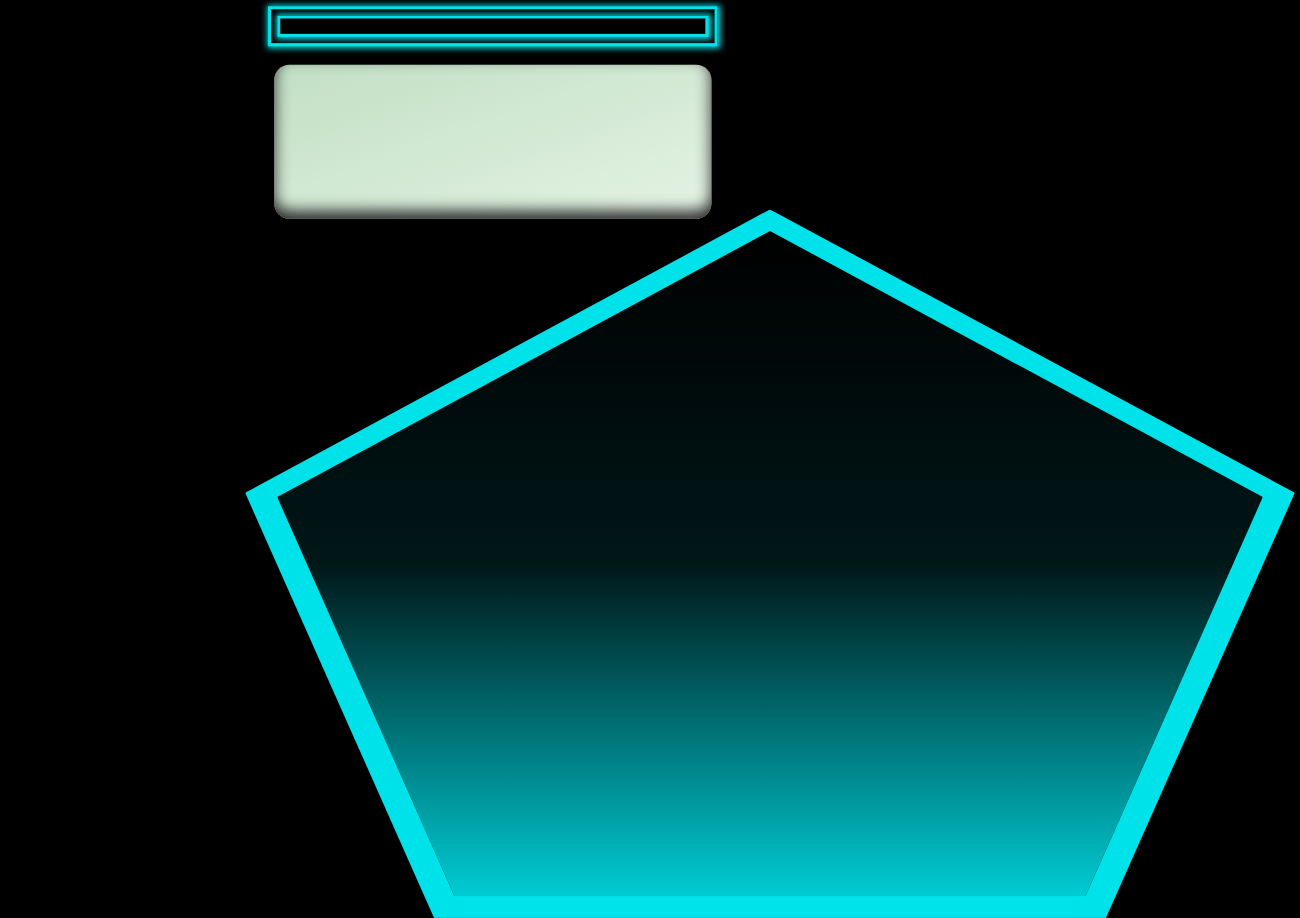
Repository: KhangNguyen3006/WebUI-UX
Page: /
The author's editor kept a copy of each file at every save. The page is drawn from the files as they stood at one save, then again after the next save.
The browser window is 1280 px wide. The page is 1682 px wide, then 1688 px, so the pictures cover 1688 px, including what lies to the right of the window. The pictures show the whole page, at 77% of full size.
The project was rebuilt for these pictures with package versions that can differ from the ones it lists, and the page was loaded fresh each time. Also part of the build but not shown: src/App.css.

Above is the page before, as saved 2023-05-04 02:36:52.

### src/index.js
import React from 'react';
import ReactDOM from 'react-dom';
import './index.css';
import App from './App';
import reportWebVitals from './reportWebVitals';
import 'bootstrap/dist/css/bootstrap.min.css';
import './assets/css/Custom.css';

const root = ReactDOM.createRoot(document.getElementById('root'));
root.render(
  <React.StrictMode>
    <App />
  </React.StrictMode>
);

// If you want to start measuring performance in your app, pass a function
// to log results (for example: reportWebVitals(console.log))
// or send to an analytics endpoint. Learn more: https://bit.ly/CRA-vitals
reportWebVitals();

### src/App.js

import './App.css';
import HomePage from './pages/HomePage';

function App() {
  return (
    <div>
      <HomePage />
    </div>
  );
}

export default App

### src/assets/css/Custom.css
@import url(Home.css);
@import url(Rectangle.css);
@import url(Rectangle-linear-gradient.css);
@import url(Pentagon.css);

body {
    margin: auto;
    padding: auto;
    background-color: #000;
}

* {
    box-sizing: border-box;
    width: auto;
    margin: auto;
    padding: 0;
}

### src/pages/HomePage.jsx
import React, { Component } from 'react'
import Home from '../components/home/Home'


class HomePage extends Component {
  render() {
    return (
      <div>
        <Home />
      </div>
    )
  }
}

export default HomePage

### src/assets/css/Home.css

.w-1200 {
    width: 1200px;
}

### src/assets/css/Rectangle.css
.rectangle {
    border: 4px solid #00E2EA;
    padding: 7px;
    box-shadow: 2px 1px 8px 3px #00E2EA;
}

.rectangle-mini {
    border: 4px solid #00E2EA;
    padding: 10px;
    box-shadow: 2px 1px 8px 3px #00E2EA;
}

### src/assets/css/Rectangle-linear-gradient.css
/* --------------------------------------------------------------------------- */

.rectangle-linear-gradient {
    height: 200px;
    border-radius: 20px;
    box-shadow: 0px -10px 20px rgba(41, 41, 41, 1) inset;
    background-image: linear-gradient(to bottom right, #C1DFC4, #E5F3E4);
}

### src/assets/css/Pentagon.css
.pentagon-main {
    /* position: relative; */
    display: flex;
    flex-direction: column;
    width: 344px;
    max-height: 290px;
    margin: 0 20px 130px;
}

.pentagon-main::before,
.pentagon-main::after {
    content: '';
}

.pentagon-main::before,
.pentagon-main::after {
    position: absolute;
    min-width: 100%;
    min-height: 120%;
    clip-path: polygon(50% 0%, 100% 40%, 82% 100%, 18% 100%, 0% 40%);
    z-index: 0;
}

.pentagon-main::before {
    background: #00E2EA;
    transform: scale(1.065);
}

.pentagon-main::after {
    background: #000;
    background-image: linear-gradient(to bottom, rgba(255, 0, 0, 0), rgba(0, 226, 234, 0.1), rgba(0, 226, 234, 0.9));
}

### src/components/home/Home.jsx
import React, { Component } from 'react'
import { Col, Row } from 'react-bootstrap'

class Home extends Component {
    render() {
        return (
            <div className='w-1200 d-flex flex-column'>
                <Row></Row>
                <Col sm={6}>
                    <div className="rectangle p-2 m-2">
                        <div className="rectangle-mini">
                        </div>
                    </div>
                </Col>
                <Col sm={6}>
                    <div className="rectangle-linear-gradient p-2 m-3">
                    </div>
                </Col>

                <Col sm={6}>
                    <div className="pentagon-main">
                    </div>
                </Col>

            </div>
        )
    }
}

export default Home

Loaded but not shown: public/index.html (common file); src/index.css (common file); src/reportWebVitals.js (common file)

After the next save:
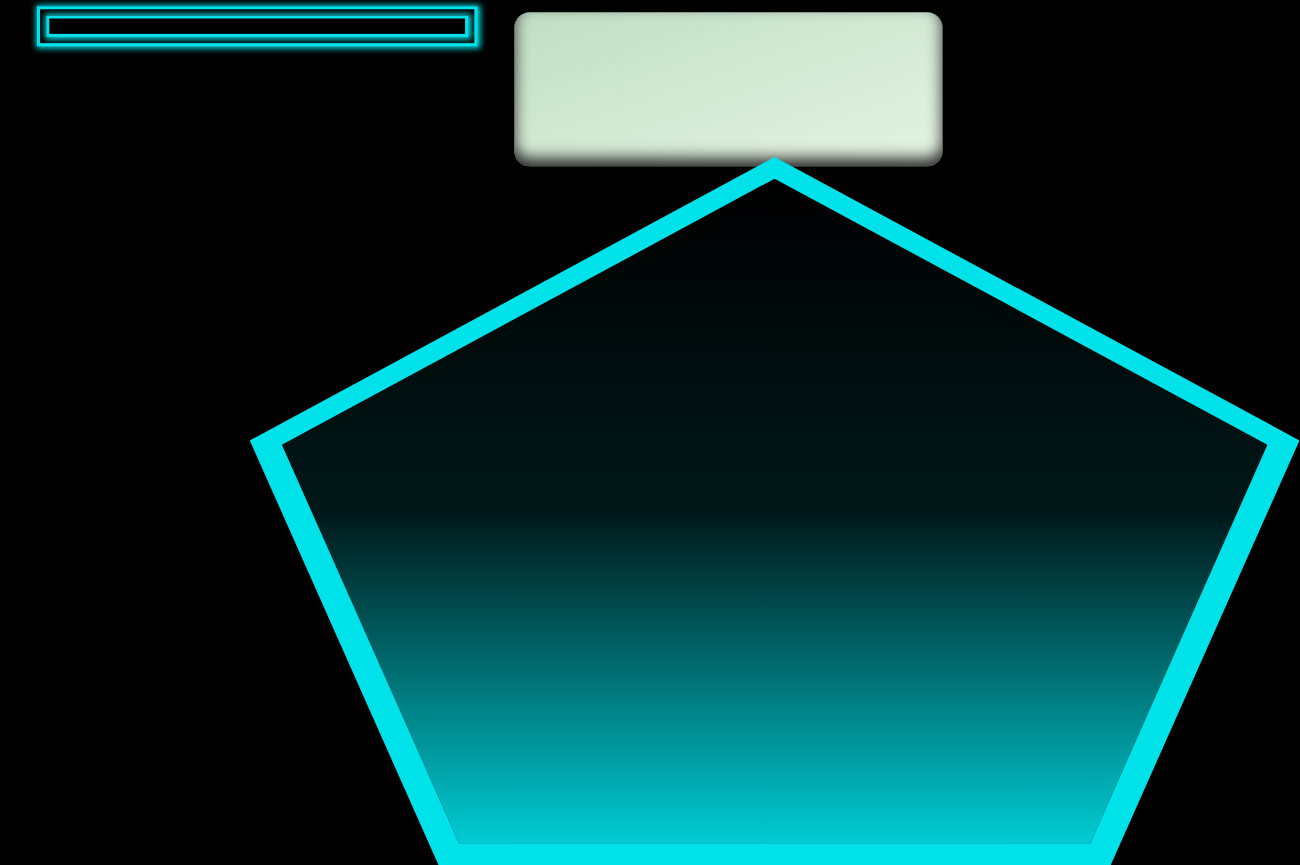
Saved 6 s later.
--- a/src/components/home/Home.jsx
+++ b/src/components/home/Home.jsx
@@ -5,23 +5,25 @@ class Home extends Component {
     render() {
         return (
             <div className='w-1200 d-flex flex-column'>
-                <Row></Row>
-                <Col sm={6}>
-                    <div className="rectangle p-2 m-2">
-                        <div className="rectangle-mini">
+                <Row>
+
+                    <Col sm={6}>
+                        <div className="rectangle p-2 m-2">
+                            <div className="rectangle-mini">
+                            </div>
                         </div>
-                    </div>
-                </Col>
-                <Col sm={6}>
-                    <div className="rectangle-linear-gradient p-2 m-3">
-                    </div>
-                </Col>
+                    </Col>
+                    <Col sm={6}>
+                        <div className="rectangle-linear-gradient p-2 m-3">
+                        </div>
+                    </Col>
 
-                <Col sm={6}>
-                    <div className="pentagon-main">
-                    </div>
-                </Col>
+                    <Col sm={6}>
+                        <div className="pentagon-main">
+                        </div>
+                    </Col>
 
+                </Row>
             </div>
         )
     }
